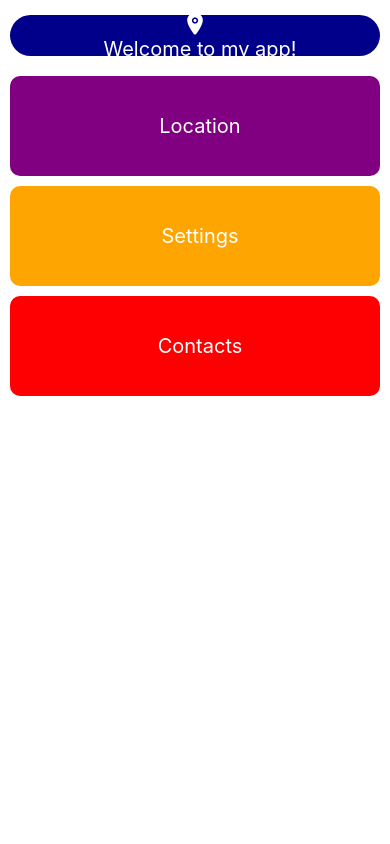
Repository: amirjavadikia/mobile-projectg
Screen: /
These files come from the project's save history. The screen is drawn as it stood at one moment and after a run of saves; the edit follows.
The app was drawn by React Native's web renderer in a window 390 px wide. The project was rebuilt for these pictures with package versions that can differ from the ones it lists, and the page was loaded fresh each time.

Above is the screen before, as saved 2024-04-24 21:33:42.

After the next 2 saves:
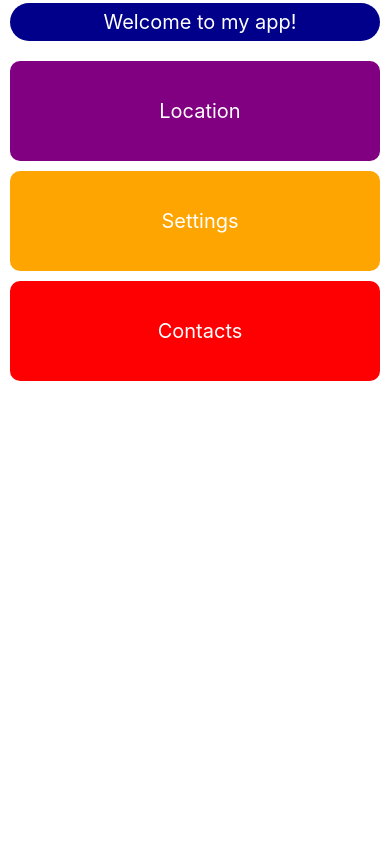
The 2 saves are shown as one change because 1 did not build or start.
The last was saved 2 h 22 min later.
--- a/App.tsx
+++ b/App.tsx
@@ -1,6 +1,6 @@
 import React from 'react';
 import { View, Text, StyleSheet } from 'react-native';
-import Icon from 'react-native-vector-icons/Ionicons';
+
 
 
 
@@ -9,7 +9,6 @@ const MainPage = () => {
     <View style={styles.container}>
 
       <View style={[styles.blueBackground]}>
-      <Icon name="location" color="#fff" size={25} />
         <Text style={styles.text}>Welcome to my app!</Text>
       </View>
 
